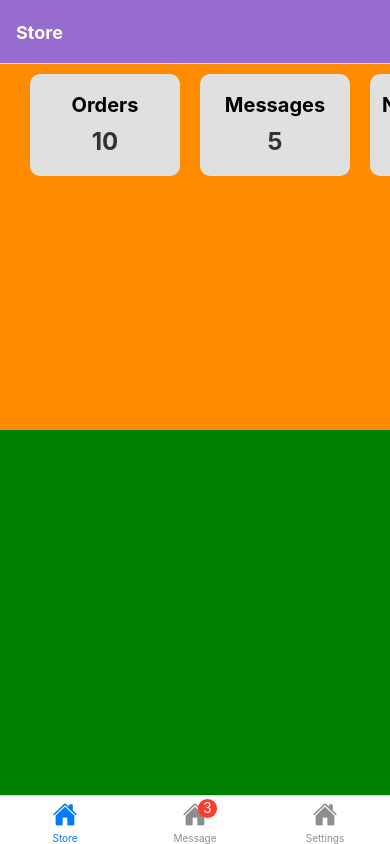
Repository: Waikato153/AwesomeProject
Screen: /
The author's editor kept a copy of each file at every save. The screen is drawn from the files as they stood at one save, then again after the next save.
The app was drawn by React Native's web renderer in a window 390 px wide. The project was rebuilt for these pictures with package versions that can differ from the ones it lists, and the page was loaded fresh each time.

Above is the screen before, as saved 2024-02-29 11:52:33.

### App.js
import * as React from 'react';
import { Text, View, StyleSheet} from 'react-native';
import { NavigationContainer } from '@react-navigation/native';
import { createBottomTabNavigator } from '@react-navigation/bottom-tabs';
import { Ionicons } from '@expo/vector-icons';

import HomeScreen from './screens/HomeScreen';

function SettingsScreen() {
  return (
    <View style={{ flex: 1, justifyContent: 'center', alignItems: 'center' }}>
      <Text>Settings!</Text>
    </View>
  );
}


const styles = StyleSheet.create({
  container: {
    flex: 1,
    justifyContent: 'center',
    backgroundColor: 'white',
    alignItems: 'center',
    padding: 8,
  },
  paragraph: {
    margin: 24,
    fontSize: 18,
    fontWeight: 'bold',
    textAlign: 'center',
  },
});

const Tab = createBottomTabNavigator();

function MyTabs() {
  return (

    <Tab.Navigator
      screenOptions={{
        tabBarIcon: ({ color, size }) => (
          <Ionicons name="home" color={color} size={size} />
        ),
        headerStyle: {
          backgroundColor: '#966ccf',
        },
        headerTintColor: '#fff',
        headerTitleStyle: {
          fontWeight: 'bold',
        },
      }}
    >
      <Tab.Screen
        name="Store"
        component={HomeScreen}

      />
      <Tab.Screen
        name="Message"
        component={SettingsScreen}
        options={{
          tabBarBadge: 3
        }}
      />
      <Tab.Screen
        name="Settings"
        component={SettingsScreen}
      />
    </Tab.Navigator>
  );
}

export default function App() {
  return (
    <NavigationContainer>
      <MyTabs />
    </NavigationContainer>
  );
}

### screens/HomeScreen.js
import React from 'react';
import { View, Text, StyleSheet, FlatList } from 'react-native';

const data = [
  { title: 'Orders', count: 10 },
  { title: 'Messages', count: 5 },
  { title: 'Notifications', count: 8 },
  // Add more data as needed
];

const renderItem = ({ item }) => (
  <View style={styles.block}>
    <Text style={styles.title}>{item.title}</Text>
    <Text style={styles.count}>{item.count}</Text>
  </View>
);

const HomeScreen = () => {
  return (
    <View style={styles.container}>
      <View style={{flex: 1, backgroundColor: 'darkorange'}}>
        <FlatList
          horizontal
          data={data}
          renderItem={renderItem}
          keyExtractor={(item, index) => index.toString()}
          showsHorizontalScrollIndicator={false}
          contentContainerStyle={styles.flatListContent}
        />
      </View>
      <View style={{flex: 2, backgroundColor: 'darkorange'}} />
      <View style={{flex: 3, backgroundColor: 'green'}} />
    </View>
  );
};

const styles = StyleSheet.create({
  container: {
    flex: 1,
  },
  flatListContent: {
    paddingLeft: 20,
    paddingRight: 20,
  },
  block: {
    width: 150, // 设置方块宽度
    justifyContent: 'center',
    alignItems: 'center',
    backgroundColor: '#e0e0e0',
    borderRadius: 10,
    padding: 20,
    margin: 10,
  },
  title: {
    fontSize: 20,
    fontWeight: 'bold',
    marginBottom: 10,
  },
  count: {
    fontSize: 24,
    fontWeight: 'bold',
    color: '#333333',
  },
});

export default HomeScreen;

After the next save:
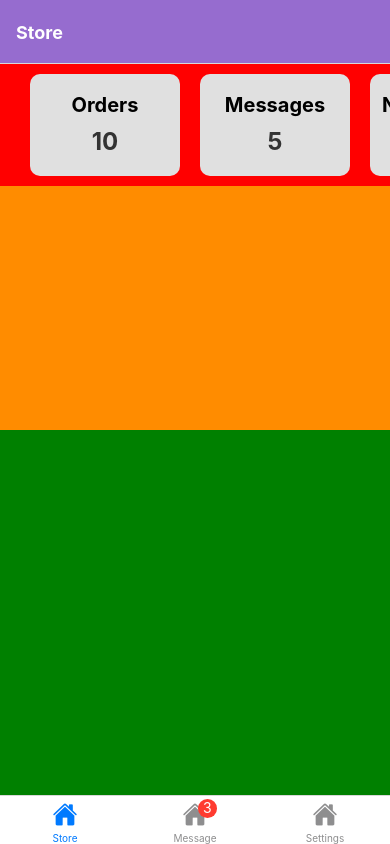
Saved 12 s later.
--- a/screens/HomeScreen.js
+++ b/screens/HomeScreen.js
@@ -18,7 +18,7 @@ const renderItem = ({ item }) => (
 const HomeScreen = () => {
   return (
     <View style={styles.container}>
-      <View style={{flex: 1, backgroundColor: 'darkorange'}}>
+      <View style={{flex: 1, backgroundColor: 'red'}}>
         <FlatList
           horizontal
           data={data}
